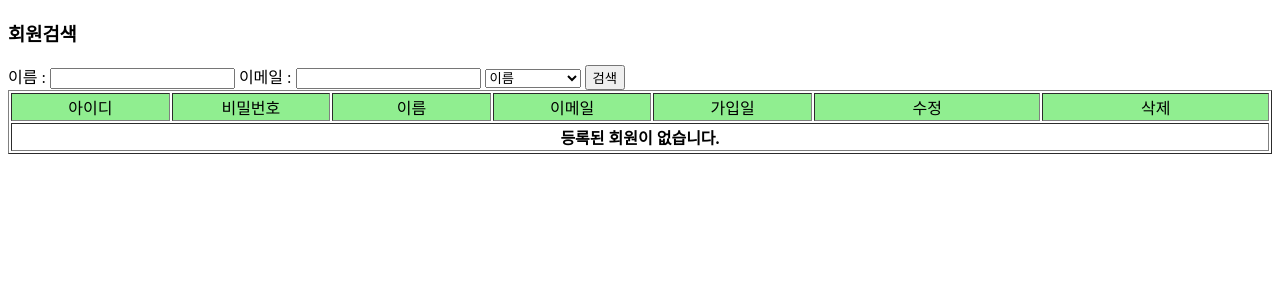
Repository: ineble/spring
Page: http://localhost/proTest/WEB-INF/views/Test/testform.jsp
The author's editor kept a copy of each file at every save. The page is drawn from the files as they stood at one save, then again after the next save.
The browser window is 1280 px wide. The pictures show the whole page.
The page is served by Tomcat 9. Nobody is signed in. Other server files are loaded and not shown. The template is opened directly, without the code that normally fills it, so the values that code supplies are empty.

Above is the page before, as saved 2022-08-30 06:51:26.

### proTest/src/main/webapp/WEB-INF/views/Test/testform.jsp
<%@ page language="java" contentType="text/html; charset=UTF-8"
    pageEncoding="UTF-8"
    import="java.util.*, java.io.*"
    isELIgnored="false"
%>
<%@ taglib prefix="fn" uri="http://java.sun.com/jsp/jstl/fmt" %>
<%@ taglib prefix="c" uri="http://java.sun.com/jsp/jstl/core" %>
<c:set var="contextPath" value="${pageContext.request.contextPath}" />
<% request.setCharacterEncoding("utf-8"); %>

<!DOCTYPE html>
<html>
<head>
<meta charset="UTF-8">
<title>회원 정보 출력창</title>
<style type="text/css">
	.cls1{
	font-size: 40px;
	text-align: center;
	}

	.cls2{
	text-align: center;
	}
</style>

</head>
<body>
	<h3>회원검색</h3>
	<form action="${contextPath}/member/searchMember.do">
	이름 : <input type="text" name="name" />
	이메일 : <input type="email" name="email" />
	<select>
    <option>이름</option>
    <option>이메일</option>
    <option>이름 &이메일</option>
	</select>
	<input type="submit" value="검색">
	</form>
	<table align="center" width="100%" border="1">
		<tr align="center" bgcolor="lightgreen" >
			<td width="7%">아이디</td>
			<td width="7%">비밀번호</td>
			<td width="7%">이름</td>
			<td width="7%">이메일</td>
			<td width="7%">가입일</td>
			<td width="10%">수정</td>
			<td width="10%">삭제</td>
		</tr>

	<c:choose>
	<c:when test="${memberList == null}">
		<tr align="center" >
			<td colspan="7" width="7%">
			<b>등록된 회원이 없습니다.</b>
			</td>
		</tr>
	</c:when>
	<c:when test="${!empty memberList}">
		<c:forEach var="mem" items="${memberList }">
		<tr align="center" >
			<td width="7%">${mem.id }</td>
			<td width="7%">${mem.pwd }</td>
			<td width="7%">${mem.name }</td>
			<td width="7%">${mem.email }</td>
			<td width="7%">${mem.joinDate }</td>
			<td width="10%"><a href="${contextPath}/member/modMember.do?id=${mem.id}">수정하기</a></td>
			<td width="10%"><a href="${contextPath}/member/removeMember.do?id=${mem.id}">삭제하기</a></td>
		</tr>
		</c:forEach>
	</c:when>
	</c:choose>
	</table>



</body>
</html>

After the next save:
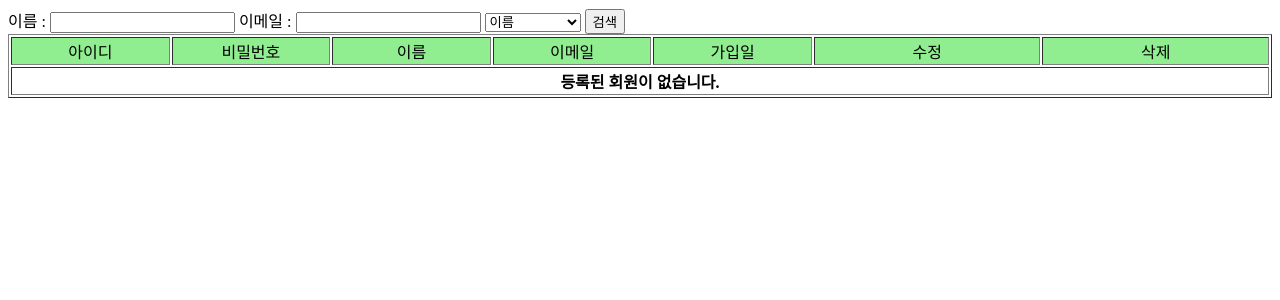
Saved 38 s later.
--- a/proTest/src/main/webapp/WEB-INF/views/Test/testform.jsp
+++ b/proTest/src/main/webapp/WEB-INF/views/Test/testform.jsp
@@ -12,21 +12,12 @@
 <html>
 <head>
 <meta charset="UTF-8">
-<title>회원 정보 출력창</title>
-<style type="text/css">
-	.cls1{
-	font-size: 40px;
-	text-align: center;
-	}
+<title>develper test</title>
 
-	.cls2{
-	text-align: center;
-	}
-</style>
 
 </head>
 <body>
-	<h3>회원검색</h3>
+
 	<form action="${contextPath}/member/searchMember.do">
 	이름 : <input type="text" name="name" />
 	이메일 : <input type="email" name="email" />
